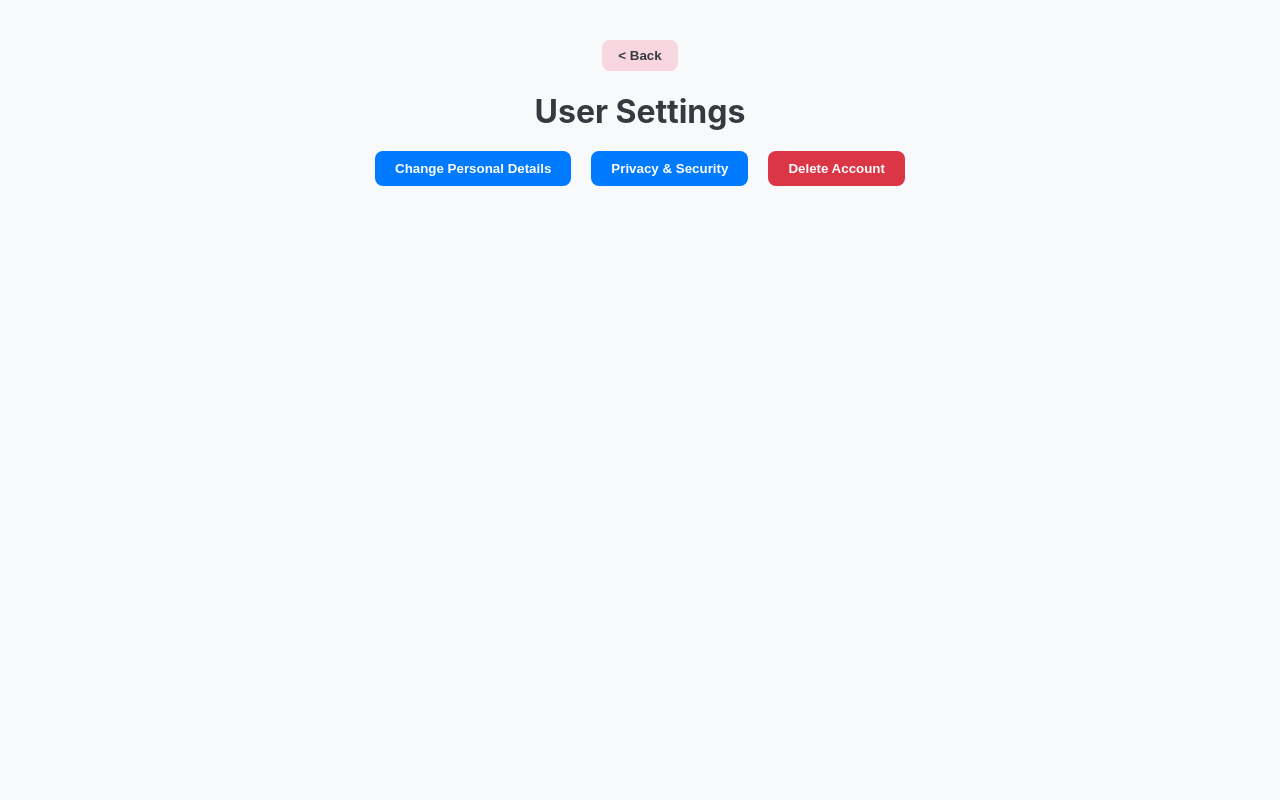
Repository: aab232/https---github.com-aab232-Deferred-Payment-Platform
Page: /settings (app in frontend/)
These files come from the project's save history. The page is drawn as it stood at one moment and after the next save; the edit follows.
The browser window is 1280 px wide. The pictures show the whole page.
The project was rebuilt for these pictures with package versions that can differ from the ones it lists, and the page was loaded fresh each time. Also part of the build but not shown: frontend/src/components/Home.js, frontend/src/components/Form.css, frontend/src/components/Register.js, frontend/src/components/Login.js, frontend/src/components/Main.js.

Above is the page before, as saved 2025-03-25 01:42:55.

### frontend/src/App.js
import React from 'react';
import { BrowserRouter as Router, Routes, Route } from 'react-router-dom';
import Home from './components/Home';
import Register from './components/Register';
import Login from './components/Login';
import Main from './components/Main';
import Settings from './components/Settings';

const App = () => {
  return (
    <Router>
      <Routes>
        <Route path="/" element={<Home />} />
        <Route path="/login" element={<Login />} />
        <Route path="/register" element={<Register />} />
        <Route path="/main" element={<Main />} />
        <Route path="/settings" element={<Settings />} />
      </Routes>
    </Router>
  );
};

export default App;

### frontend/src/components/Settings.js
import React, { useState } from 'react';
import { useNavigate } from 'react-router-dom';
import axios from 'axios';
import './Settings.css';
import BackButton from './BackButton'; // Import the BackButton component

const Settings = () => {
  const navigate = useNavigate();

  // Active Section & Subsection Management
  const [activeSection, setActiveSection] = useState('');
  const [activeSubSection, setActiveSubSection] = useState('');

  // Form State Management
  const [formData, setFormData] = useState({
    email: '',
    phone_number: '',
    credit_score: '',
    bank_account: '',
    currentPassword: '',
    newPassword: '',
    confirmPassword: '',
  });

  // Handle Input Changes
  const handleChange = (e) => {
    const { name, value } = e.target;
    setFormData({ ...formData, [name]: value });
  };

  // Update Personal Details
  const updateDetails = async (field) => {
    try {
      const response = await axios.put('http://localhost:5000/update-details', {
        [field]: formData[field],
      });
      alert(response.data.message);
    } catch (error) {
      alert('Error updating ' + field);
    }
  };

  // Update Password
  const updatePassword = async () => {
    if (formData.newPassword !== formData.confirmPassword) {
      alert('New passwords do not match.');
      return;
    }
    try {
      const response = await axios.put('http://localhost:5000/update-password', {
        currentPassword: formData.currentPassword,
        newPassword: formData.newPassword,
      });
      alert(response.data.message);
    } catch (error) {
      alert('Error updating password.');
    }
  };

  // Delete Account
  const deleteAccount = async () => {
    if (window.confirm('Are you sure you want to delete your account? This action is irreversible.')) {
      try {
        await axios.delete('http://localhost:5000/delete-account');
        alert('Account deleted successfully.');
        navigate('/login');
      } catch (error) {
        alert('Error deleting account.');
      }
    }
  };

  return (
    <div className="settings-container">
      <BackButton /> {/* Add the Back button here */}
      <h1>User Settings</h1>

      <div className="menu">
        <button onClick={() => setActiveSection('personalDetails')}>
          Change Personal Details
        </button>
        <button onClick={() => setActiveSection('privacySecurity')}>
          Privacy & Security
        </button>
        <button onClick={deleteAccount} className="danger">
          Delete Account
        </button>
      </div>

      {/* Change Personal Details Section */}
      {activeSection === 'personalDetails' && (
        <div className="dropdown">
          <button onClick={() => setActiveSubSection('email')}>Update Email</button>
          <button onClick={() => setActiveSubSection('phone_number')}>Update Phone Number</button>
          <button onClick={() => setActiveSubSection('credit_score')}>Update Credit Score</button>
          <button onClick={() => setActiveSubSection('bank_account')}>Update Bank Account Details</button>
        </div>
      )}

      {activeSection === 'privacySecurity' && (
        <div className="dropdown">
          <button onClick={() => setActiveSubSection('password')}>Change Password</button>
          <p className="info">🔒 2FA and account verification coming soon.</p>
        </div>
      )}

      {/* Input Forms (Display Based on Active Subsection) */}
      {activeSubSection && (
        <div className="section">
          {activeSubSection !== 'password' ? (
            <>
              <h2>Update {activeSubSection.replace('_', ' ')}</h2>
              <input
                type={activeSubSection === 'email' ? 'email' : 'text'}
                name={activeSubSection}
                placeholder={`Enter new ${activeSubSection.replace('_', ' ')}`}
                value={formData[activeSubSection]}
                onChange={handleChange}
              />
              <button onClick={() => updateDetails(activeSubSection)}>
                Save Changes
              </button>
            </>
          ) : (
            <>
              <h2>Change Password</h2>
              <input
                type="password"
                name="currentPassword"
                placeholder="Current Password"
                value={formData.currentPassword}
                onChange={handleChange}
              />
              <input
                type="password"
                name="newPassword"
                placeholder="New Password"
                value={formData.newPassword}
                onChange={handleChange}
              />
              <input
                type="password"
                name="confirmPassword"
                placeholder="Confirm New Password"
                value={formData.confirmPassword}
                onChange={handleChange}
              />
              <button onClick={updatePassword}>Update Password</button>
            </>
          )}
        </div>
      )}
    </div>
  );
};

export default Settings;

### frontend/src/components/Home.css
.container {
    display: flex;
    justify-content: center;
    align-items: center;
    height: 100vh; /* Full viewport height */
    background: linear-gradient(135deg, #252f3b, #252d3b); /* Elegant gradient */
  }

  .card {
    text-align: center;
    background: #fff;
    padding: 40px 60px;
    border-radius: 24px;
    box-shadow: 0 8px 32px rgba(0, 0, 0, 0.2);
    max-width: 350px;
    width: 100%;
  }

  h1 {
    margin-bottom: 16px;
    font-size: 28px;
    color: #252f3b;
  }

  p {
    margin-bottom: 32px;
    font-size: 16px;
    color: #555;
  }

  .button-group {
    display: flex;
    justify-content: space-between;
  }

  .btn {
    padding: 12px 24px;
    font-size: 16px;
    border: none;
    border-radius: 30px; /* Rounded buttons */
    cursor: pointer;
    transition: background 0.3s ease;
    color: white;
    background: #252f3b;
  }

  .btn:hover {
    background: #252f3b; /* Button hover effect */
  }

### frontend/src/components/Main.css
.main-container {
    display: flex;
    flex-direction: column;
    align-items: center;
    justify-content: center;
    height: 100vh;
    background: #f8f9fa;
  }

  .taskbar {
    position: absolute;
    top: 20px;
    right: 40px;
    display: flex;
    gap: 20px;
  }

  .tab {
    cursor: pointer;
    padding: 8px 16px;
    border-radius: 8px;
    transition: background 0.3s ease;
  }

  .tab:hover {
    background: #F7D6E0;
    color: white;
  }

  .logout {
    color: red;
  }

  h1 {
    font-size: 2rem;
    color: #343a40;
  }

  p {
    color: #6c757d;
  }

### frontend/src/components/Settings.css
.settings-container {
  display: flex;
  flex-direction: column;
  align-items: center;
  padding: 40px 20px;
  background: #f8f9fa;
  min-height: 100vh;
}

h1 {
  color: #343a40;
  margin-bottom: 20px;
}

.menu {
  display: flex;
  gap: 20px;
  margin-bottom: 40px;
}

.menu button {
  padding: 10px 20px;
  border: none;
  border-radius: 8px;
  cursor: pointer;
  transition: background 0.3s ease;
  font-weight: bold;
  background: #007bff;
  color: white;
}

.menu .danger {
  background: #dc3545;
}

.menu button:hover {
  opacity: 0.8;
}

/* Dropdown styling */
.dropdown {
  display: flex;
  flex-direction: column;
  gap: 10px;
  margin-top: 20px;
}

.dropdown button {
  padding: 8px 16px;
  border: none;
  border-radius: 8px;
  background: #6c757d;
  color: white;
  cursor: pointer;
  transition: background 0.3s ease;
}

.dropdown button:hover {
  background: #495057;
}

/* Section Styling */
.section {
  width: 100%;
  max-width: 600px;
  background: white;
  padding: 30px;
  border-radius: 16px;
  box-shadow: 0 8px 24px rgba(0, 0, 0, 0.1);
  margin-top: 20px;
}

h2 {
  color: #495057;
  margin-bottom: 20px;
}

input {
  width: 100%;
  padding: 12px;
  margin-bottom: 15px;
  border: 1px solid #ced4da;
  border-radius: 8px;
  font-size: 14px;
}

button {
  padding: 12px 20px;
  border: none;
  border-radius: 8px;
  cursor: pointer;
  background: #28a745;
  color: white;
  font-weight: bold;
}

button:hover {
  opacity: 0.9;
}

.info {
  margin-top: 20px;
  color: #6c757d;
}

### frontend/src/components/BackButton.js
import React from 'react';
import { useNavigate } from 'react-router-dom';
import './BackButton.css'; // Link to the back button's specific CSS file

const BackButton = () => {
  const navigate = useNavigate();

  return (
    <button className="back-button" onClick={() => navigate(-1)}>
      &lt; Back
    </button>
  );
};

export default BackButton;

### frontend/src/components/BackButton.css
.back-button {
    padding: 8px 16px;
    border-radius: 8px;
    background: #F7D6E0; /* Set background to #F7D6E0 */
    color: #343a40; /* Text color */
    cursor: pointer;
    transition: background 0.3s ease, color 0.3s ease;
  }

  .back-button:hover {
    background: #F7D6E0; /* Maintain the same color on hover */
    color: white; /* Change text color to white on hover */
  }

Loaded but not shown: frontend/public/index.html (common file); frontend/src/index.js (common file); frontend/src/index.css (common file)

After the next save:
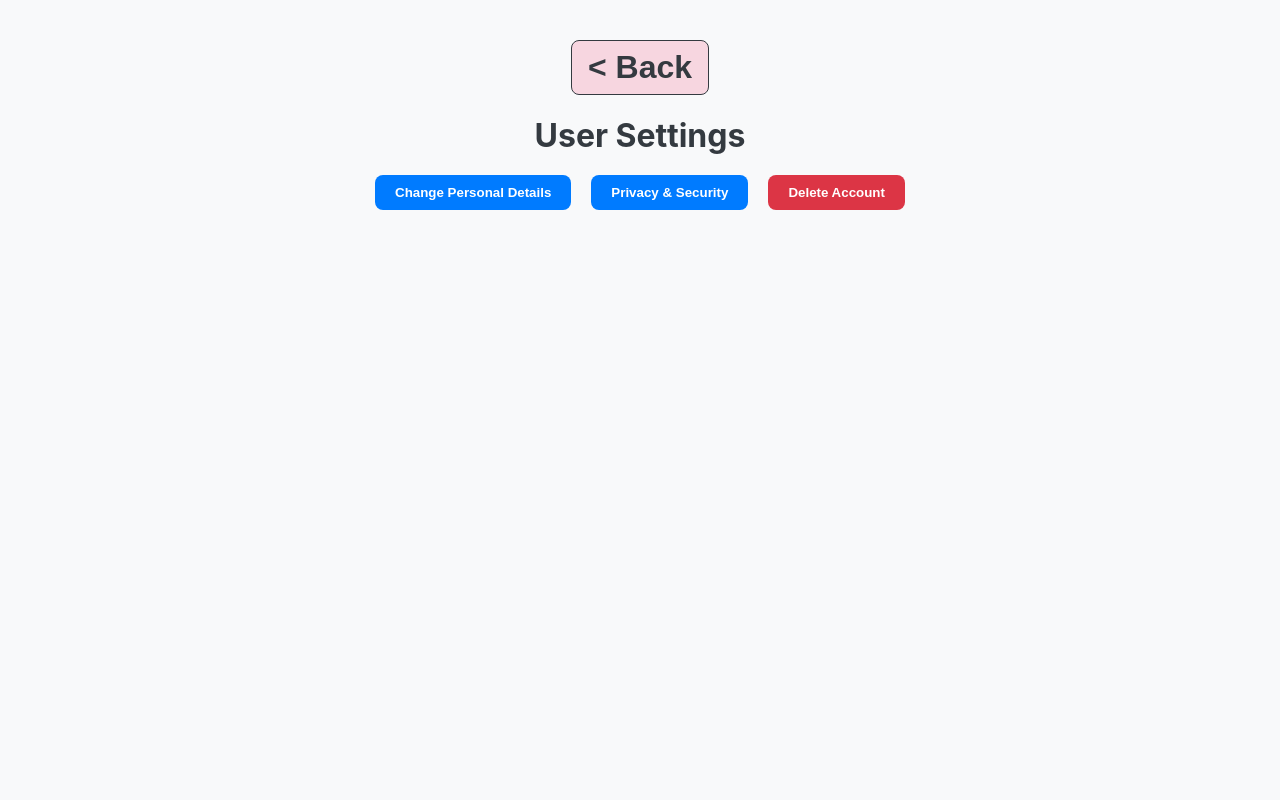
Saved 47 s later.
--- a/frontend/src/components/BackButton.css
+++ b/frontend/src/components/BackButton.css
@@ -2,7 +2,9 @@
     padding: 8px 16px;
     border-radius: 8px;
     background: #F7D6E0; /* Set background to #F7D6E0 */
-    color: #343a40; /* Text color */
+    border: 1px solid #343a40; /* Optional: Add a border if you'd like */
+    color: #343a40; /* Set text color to #343a40 (same as h1) */
+    font-size: 2rem; /* Set font size to match h1 */
     cursor: pointer;
     transition: background 0.3s ease, color 0.3s ease;
   }
